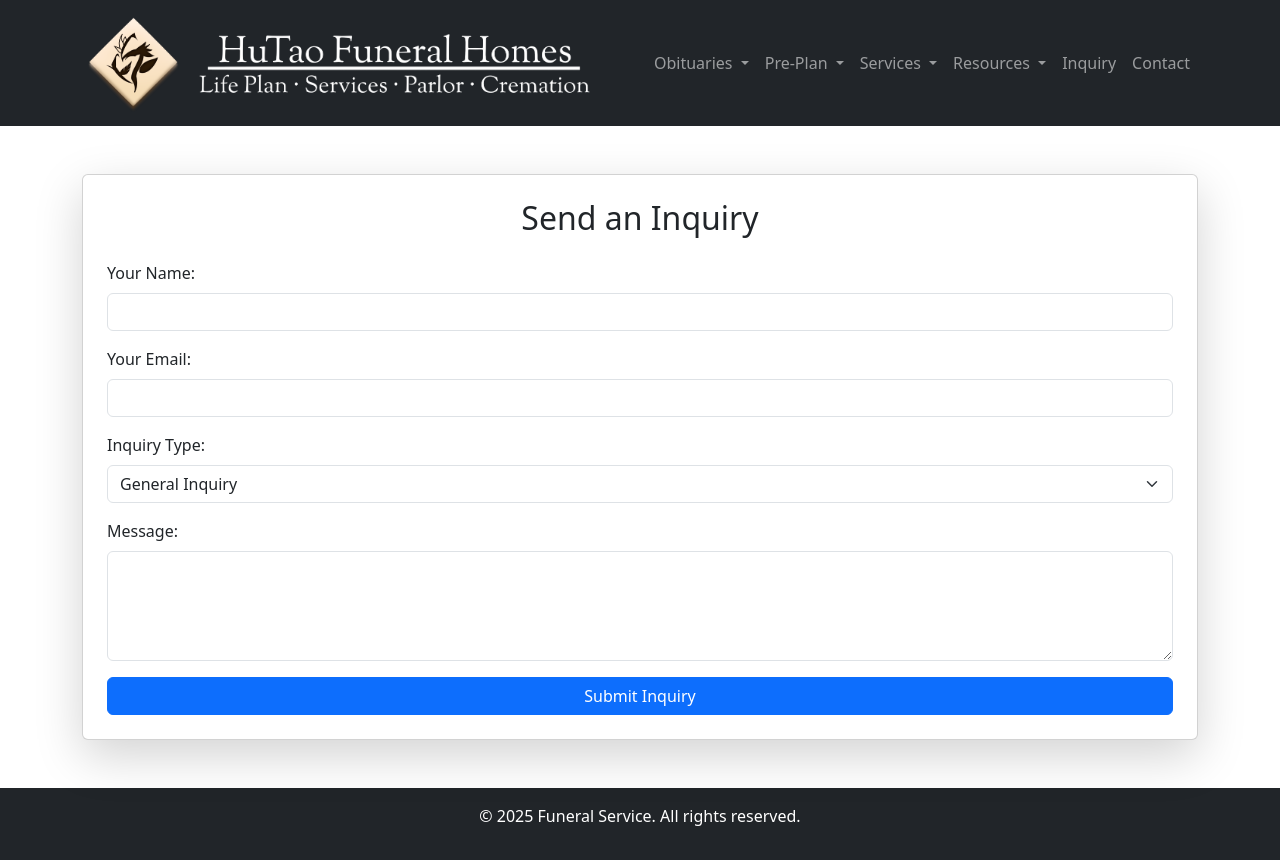
Repository: Jamil-cyber-hash/INSANITY
Page: http://localhost/inquiry.php
These files come from the project's save history. The page is drawn as it stood at one moment and after the next save; the edit follows.
The browser window is 1280 px wide. The pictures show the whole page.
The page is run by PHP 8.4 with error messages shown; the project is at /var/www/html/.

Above is the page before, as saved 2025-03-23 22:01:05.

### inquiry.php
<!DOCTYPE html>
<html lang="en">
<head>
    <meta charset="UTF-8">
    <meta name="viewport" content="width=device-width, initial-scale=1.0">
    <title>Inquiry Form</title>
    <link href="https://cdn.jsdelivr.net/npm/bootstrap@5.3.0/dist/css/bootstrap.min.css" rel="stylesheet">
</head>
<body>

<?php include 'header.php'; ?>
    <div class="container mt-5">
        <div class="card shadow-lg p-4">
            <h2 class="text-center mb-4">Send an Inquiry</h2>
            <form action="submit_inquiry.php" method="POST">
                <div class="mb-3">
                    <label for="name" class="form-label">Your Name:</label>
                    <input type="text" id="name" name="name" class="form-control" required>
                </div>

                <div class="mb-3">
                    <label for="email" class="form-label">Your Email:</label>
                    <input type="email" id="email" name="email" class="form-control" required>
                </div>

                <div class="mb-3">
                    <label for="inquiry_type" class="form-label">Inquiry Type:</label>
                    <select id="inquiry_type" name="inquiry_type" class="form-select" required>
                        <option value="General">General Inquiry</option>
                        <option value="Obituary">Obituary Submission</option>
                    </select>
                </div>

                <div class="mb-3">
                    <label for="message" class="form-label">Message:</label>
                    <textarea id="message" name="message" class="form-control" rows="4" required></textarea>
                </div>

                <button type="submit" class="btn btn-primary w-100">Submit Inquiry</button>
            </form>
        </div>
    </div>

    <script src="https://cdn.jsdelivr.net/npm/bootstrap@5.3.0/dist/js/bootstrap.bundle.min.js"></script>


    <footer class="bg-dark text-white text-center py-3 mt-5">
    <p>&copy; 2025 Funeral Service. All rights reserved.</p>
</footer>
</body>
</html>

### header.php
<!DOCTYPE html>
<html lang="en">
<head>
    <meta charset="UTF-8" />
    <meta name="viewport" content="width=device-width, initial-scale=1.0" />
    <title>Funeral Service</title>

    <link href="https://cdn.jsdelivr.net/npm/bootstrap@5.3.3/dist/css/bootstrap.min.css" rel="stylesheet" integrity="sha384-QWTKZyjpPEjISv5WaRU9OFeRpok6YctnYmDr5pNlyT2bRjXh0JMhjY6hW+ALEwIH" crossorigin="anonymous">
<script src="https://cdn.jsdelivr.net/npm/bootstrap@5.3.3/dist/js/bootstrap.bundle.min.js" integrity="sha384-YvpcrYf0tY3lHB60NNkmXc5s9fDVZLESaAA55NDzOxhy9GkcIdslK1eN7N6jIeHz" crossorigin="anonymous"></script>
<link rel="stylesheet" href="css/pang.css">
<link rel="stylesheet" href="css/form.css">

</head>
<body>

<!-- Header -->
<nav class="navbar navbar-expand-lg navbar-dark bg-dark">
    <div class="container">
        <a class="navbar-brand" href="PANG.php"><img src="imaages\logo.png" alt="" class="logo"><img src="imaages\logo2.png" alt="" class="logo2"></a>


         <button class="navbar-toggler" type="button" data-bs-toggle="collapse" data-bs-target="#navbarNav">
            <span class="navbar-toggler-icon"></span>
        </button>

        <div class="collapse navbar-collapse" id="navbarNav">
            <ul class="navbar-nav ms-auto">
                <!-- Obituaries Dropdown -->
                <li class="nav-item dropdown">
                    <a class="nav-link dropdown-toggle" href="#" id="obituariesDropdown" role="button" data-bs-toggle="dropdown" aria-expanded="false">
                        Obituaries
                    </a>
                    <ul class="dropdown-menu" aria-labelledby="obituariesDropdown">
                        <li><a class="dropdown-item" href="PANG.php#obituaries">Recent Obituaries</a></li>
                        <li><a class="dropdown-item" href="#search">Search Obituaries</a></li>

                    </ul>
                </li>

                <!-- Pre-Plan Dropdown -->
                <li class="nav-item dropdown">
                    <a class="nav-link dropdown-toggle" href="#" id="preplanDropdown" role="button" data-bs-toggle="dropdown" aria-expanded="false">
                        Pre-Plan
                    </a>
                    <ul class="dropdown-menu" aria-labelledby="preplanDropdown">
                        <li><a class="dropdown-item" href="pre-plan.php">Why Pre-Plan?</a></li>
                        <li><a class="dropdown-item" href="submit_preplan.php">Pre-Plan Options</a></li>
                    </ul>
                </li>

                <!-- Services Dropdown -->
                <li class="nav-item dropdown">
                    <a class="nav-link dropdown-toggle" href="services.php" id="servicesDropdown" role="button" data-bs-toggle="dropdown" aria-expanded="false">
                        Services
                    </a>
                    <ul class="dropdown-menu" aria-labelledby="servicesDropdown">
                        <li><a class="dropdown-item" href="burial_services.php">Burial Services</a></li>
                        <li><a class="dropdown-item" href="cremation.php">Cremation Services</a></li>
                        <li><a class="dropdown-item" href="memorial.php">Memorial Planning</a></li>
                    </ul>
                </li>

                <!-- Resources Dropdown -->
                <li class="nav-item dropdown">
                    <a class="nav-link dropdown-toggle" href="#" id="resourcesDropdown" role="button" data-bs-toggle="dropdown" aria-expanded="false">
                        Resources
                    </a>
                    <ul class="dropdown-menu" aria-labelledby="resourcesDropdown">
                        <li><a class="dropdown-item" href="grief_support.php">Grief Support</a></li>
                        <li><a class="dropdown-item" href="faq.php">FAQs</a></li>
                    </ul>
                </li>

                <!-- Inquiry Link -->
                <li class="nav-item">
                    <a class="nav-link" href="inquiry.php">Inquiry</a>
                </li>

                <!-- Contact Link -->
                <li class="nav-item">
                    <a class="nav-link" href="#contact">Contact</a>
                </li>
            </ul>
        </div>
    </div>
</nav>

### css/pang.css

.carousel-item img {
    width: 100%;
    height: 600px;
    object-fit: cover;
}
.logo{
    height: 100px;
    width: auto;
    object-fit: contain;

}
.logo2{
    height: 100px;
    width: auto;
    object-fit: contain;

}
.map1{
    align-items: center;
    justify-content: center;
    text-align: center;
}
.map2{
    align-items: center;
    justify-content: center;
    text-align: center;
}
.navbar-nav .dropdown .dropdown-menu {
    display: block;
    opacity: 0;
    visibility: hidden;
    transition: opacity 0.3s ease, transform 0.3s ease;
    transform: translateY(-10px);
}

.navbar-nav .dropdown:hover .dropdown-menu {
    opacity: 1;
    visibility: visible;
    transform: translateY(0);
}

### css/form.css
#sender_email {
    border: 1px solid #ced4da;
    transition: border-color 0.2s ease-in-out;
}

/* Red border when invalid */
#sender_email.invalid {
    border-color: #dc3545;
}

/* Optional: Green border when valid */
#sender_email.valid {
    border-color: #28a745;
}

### footer.php
<footer class="bg-dark text-white text-center py-3 mt-5">
    <p>&copy; 2025 Funeral Service. All rights reserved.</p>
</footer>

</body>
</html>

After the next save:
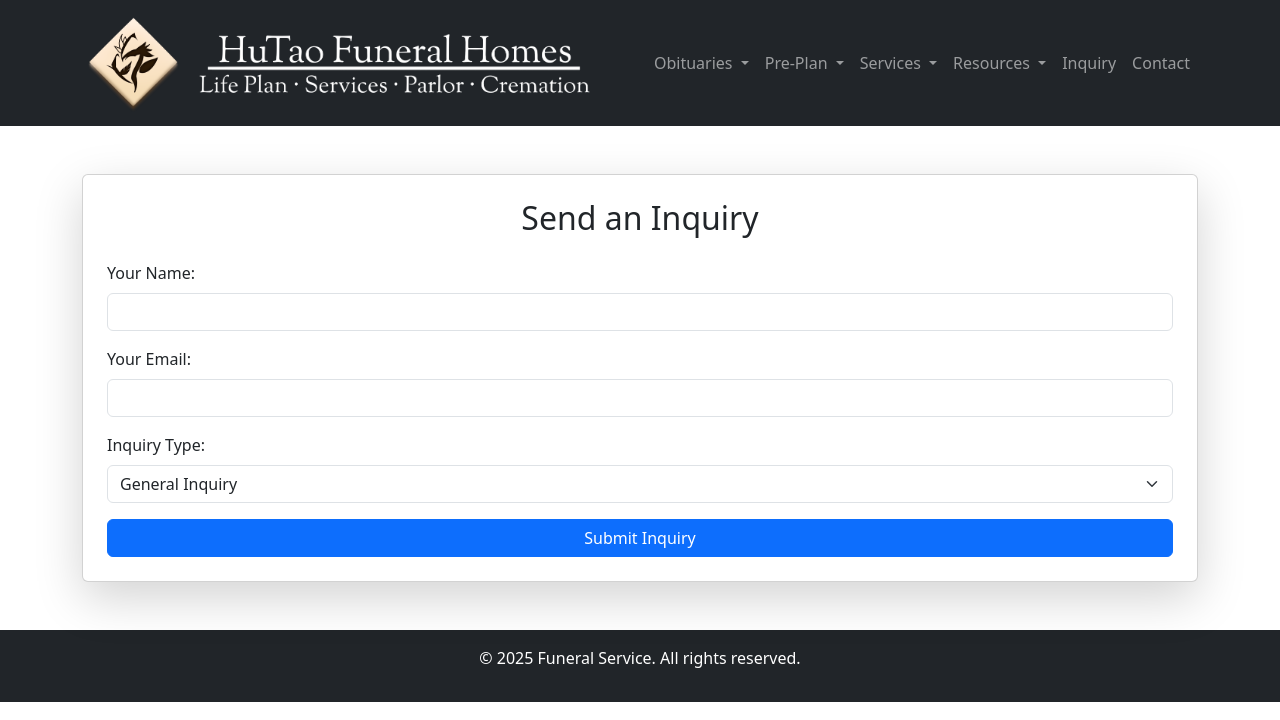
Saved 11 min 43 s later.
--- a/inquiry.php
+++ b/inquiry.php
@@ -5,6 +5,18 @@
     <meta name="viewport" content="width=device-width, initial-scale=1.0">
     <title>Inquiry Form</title>
     <link href="https://cdn.jsdelivr.net/npm/bootstrap@5.3.0/dist/css/bootstrap.min.css" rel="stylesheet">
+    <script>
+        function toggleObituaryFields() {
+            let inquiryType = document.getElementById("inquiry_type").value;
+            let obituaryFields = document.getElementById("obituary_fields");
+
+            if (inquiryType === "Obituary") {
+                obituaryFields.style.display = "block";
+            } else {
+                obituaryFields.style.display = "none";
+            }
+        }
+    </script>
 </head>
 <body>
 
@@ -25,15 +37,29 @@
 
                 <div class="mb-3">
                     <label for="inquiry_type" class="form-label">Inquiry Type:</label>
-                    <select id="inquiry_type" name="inquiry_type" class="form-select" required>
+                    <select id="inquiry_type" name="inquiry_type" class="form-select" required onchange="toggleObituaryFields()">
                         <option value="General">General Inquiry</option>
                         <option value="Obituary">Obituary Submission</option>
                     </select>
                 </div>
 
-                <div class="mb-3">
-                    <label for="message" class="form-label">Message:</label>
-                    <textarea id="message" name="message" class="form-control" rows="4" required></textarea>
+                <!-- Obituary Fields (Initially Hidden) -->
+                <div id="obituary_fields" style="display: none;">
+                    <h5 class="mt-3">Obituary Details</h5>
+                    <div class="mb-3">
+                        <label for="deceased_name" class="form-label">Deceased's Full Name:</label>
+                        <input type="text" id="deceased_name" name="deceased_name" class="form-control">
+                    </div>
+
+                    <div class="mb-3">
+                        <label for="date_of_passing" class="form-label">Date of Passing:</label>
+                        <input type="date" id="date_of_passing" name="date_of_passing" class="form-control">
+                    </div>
+
+                    <div class="mb-3">
+                        <label for="message" class="form-label">Obituary Message:</label>
+                        <textarea id="message" name="message" class="form-control" rows="4"></textarea>
+                    </div>
                 </div>
 
                 <button type="submit" class="btn btn-primary w-100">Submit Inquiry</button>
@@ -43,9 +69,6 @@
 
     <script src="https://cdn.jsdelivr.net/npm/bootstrap@5.3.0/dist/js/bootstrap.bundle.min.js"></script>
 
-
-    <footer class="bg-dark text-white text-center py-3 mt-5">
-    <p>&copy; 2025 Funeral Service. All rights reserved.</p>
-</footer>
+    <?php include 'footer.php'; ?>
 </body>
 </html>
